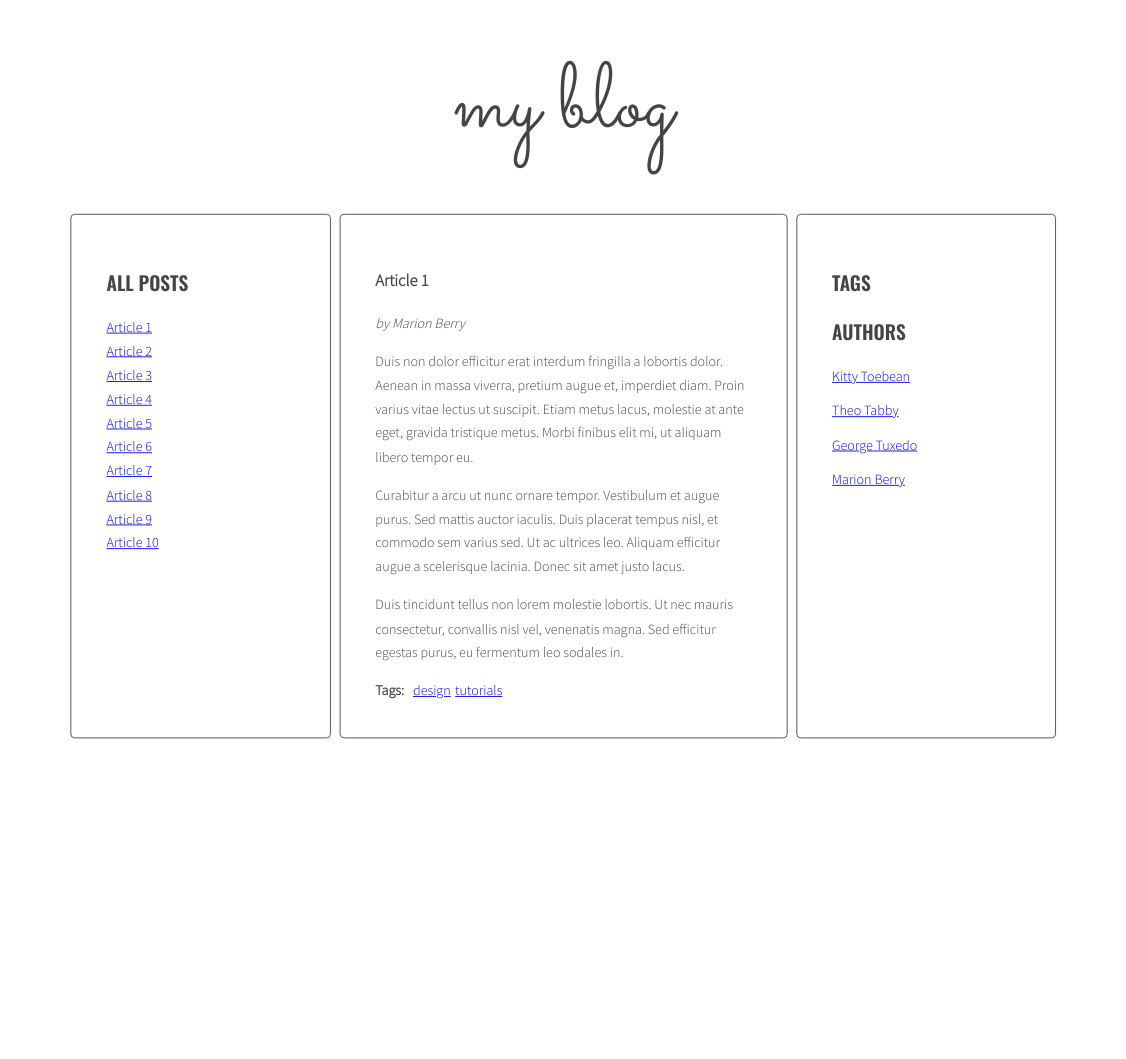
Repository: ulasup/javascript-blog
Page: index.html
These files come from the project's save history. The page is drawn as it stood at one moment and after the next save; the edit follows.
The browser window is 1280 px wide. The pictures show the whole page, at 88% of full size.
The style sheet was rebuilt from its Sass, Less or Tailwind sources for each picture, by a compiler version that may differ from the author's.

Above is the page before, as saved 2020-12-19 17:12:50.

### index.html
<!DOCTYPE html>
<html  lang="en">
    <head>
        <meta charset="UTF-8">
        <title>Film blog</title>
        <link rel="stylesheet" href="css/style.css">
    </head>
    <body>
        <div class="blog">
            <div class="container">
              <h1 class="logo">my blog</h1>
              <main class="wrapper">
                <aside class="sidebar">
                  <h2 class="section-title">All posts</h2>
                  <ul class="list titles">
                  </ul>
                </aside>
                <section class="posts">
                  <article class="post active" id="article-1" data-tags="design tutorials">
                    <h3 class="post-title">Article 1</h3>
                    <p class="post-author">by Marion Berry</p>
                    <div class="post-content">
                      <p>Duis non dolor efficitur erat interdum fringilla a lobortis dolor. Aenean in massa viverra, pretium augue et, imperdiet diam. Proin varius vitae lectus ut suscipit. Etiam metus lacus, molestie at ante eget, gravida tristique metus. Morbi finibus elit mi, ut aliquam libero tempor eu.</p>
                      <p>Curabitur a arcu ut nunc ornare tempor. Vestibulum et augue purus. Sed mattis auctor iaculis. Duis placerat tempus nisl, et commodo sem varius sed. Ut ac ultrices leo. Aliquam efficitur augue a scelerisque lacinia. Donec sit amet justo lacus.</p>
                      <p>Duis tincidunt tellus non lorem molestie lobortis. Ut nec mauris consectetur, convallis nisl vel, venenatis magna. Sed efficitur egestas purus, eu fermentum leo sodales in.</p>
                    </div>
                    <div class="post-tags">
                      <p><strong>Tags:</strong></p>
                      <ul class="list list-horizontal">
                      </ul>
                    </div>
                  </article>
                  <article class="post" id="article-2" data-tags="news code">
                    <h3 class="post-title">Article 2</h3>
                    <p class="post-author">by Theo Tabby</p>
                    <div class="post-content">
                      <p>Phasellus sollicitudin, arcu vel iaculis ullamcorper, quam leo viverra orci, et faucibus quam sapien vel est. Maecenas ac suscipit elit. Nullam interdum, lorem vitae venenatis pulvinar, ex dui malesuada nunc, tempus cursus enim metus vel nulla.</p>
                      <p>Integer hendrerit, eros id efficitur dapibus, ante arcu ullamcorper orci, a iaculis felis turpis at purus. Quisque sodales posuere sapien vel consectetur. Duis dui urna, commodo non ante nec, mattis dictum enim. Donec aliquam erat sed diam lobortis, vel gravida lacus laoreet. Phasellus pretium maximus mi, eu posuere justo suscipit vel.</p>
                      <p>Nam magna nisl, varius in malesuada vitae, facilisis vel metus. Proin rhoncus euismod leo dictum lobortis. Suspendisse non ante sapien.</p>
                    </div>
                    <div class="post-tags">
                      <p><strong>Tags:</strong></p>
                      <ul class="list list-horizontal">
                      </ul>
                    </div>
                  </article>
                  <article class="post" id="article-3" data-tags="news reviews design">
                    <h3 class="post-title">Article 3</h3>
                    <p class="post-author">by George Tuxedo</p>
                    <div class="post-content">
                      <p>Mauris vel pellentesque turpis, ac sodales nisl. Quisque iaculis mi velit, ut convallis tellus accumsan a. Quisque iaculis, nisi et dignissim tincidunt, nisl eros euismod nulla, finibus laoreet erat enim posuere elit.</p>
                      <p>Aenean at semper urna. Duis vel sapien molestie, egestas diam consequat, molestie nulla. Praesent a malesuada metus. Praesent et tempus leo.</p>
                      <p>Mauris in eleifend neque, vitae eleifend velit. Maecenas purus est, bibendum eget imperdiet id, dictum sed ante. Aenean a magna et eros sagittis aliquet.</p>
                    </div>
                    <div class="post-tags">
                      <p><strong>Tags:</strong></p>
                      <ul class="list list-horizontal">
                      </ul>
                    </div>
                  </article>
                  <article class="post" id="article-4" data-tags="tutorials code design">
                    <h3 class="post-title">Article 4</h3>
                    <p class="post-author">by Kitty Toebean</p>
                    <div class="post-content">
                      <p>Morbi vel cursus nulla, vel varius mauris. Suspendisse sed elit sit amet risus faucibus vestibulum ut sit amet purus. Donec orci est, condimentum ut quam quis, scelerisque fringilla ligula.</p>
                      <p>Quisque bibendum nisl id quam sagittis, id pretium dolor scelerisque. Suspendisse non odio nec velit dapibus placerat non a libero.</p>
                      <p>Vivamus at tristique ex, feugiat sagittis ex. Cras cursus, ipsum et efficitur commodo, urna sapien rutrum magna, quis sodales justo ligula eget nunc. In hac habitasse platea dictumst.</p>
                    </div>
                    <div class="post-tags">
                      <p><strong>Tags:</strong></p>
                      <ul class="list list-horizontal">
                      </ul>
                    </div>
                  </article>
                  <article class="post" id="article-5" data-tags="design reviews">
                    <h3 class="post-title">Article 5</h3>
                    <p class="post-author">by Marion Berry</p>
                    <div class="post-content">
                      <p>Suspendisse sem eros, euismod condimentum arcu ac, consequat fermentum orci. Nam convallis lacus nec interdum vestibulum. Vestibulum luctus, quam eu tristique ornare, lorem nibh sodales enim, vitae tempor dolor ante vitae tortor.</p>
                      <p>Duis venenatis metus quis luctus lobortis. In porttitor ipsum eget ligula aliquam ornare. Cras malesuada urna id volutpat sodales.</p>
                      <p>Donec lobortis ultricies turpis, eu viverra magna gravida quis. Fusce sit amet pretium nulla. Duis rutrum metus vel libero sodales, pellentesque varius ex pulvinar.</p>
                    </div>
                    <div class="post-tags">
                      <p><strong>Tags:</strong></p>
                      <ul class="list list-horizontal">
                      </ul>
                    </div>
                  </article>
                  <article class="post" id="article-6" data-tags="reviews code">
                    <h3 class="post-title">Article 6</h3>
                    <p class="post-author">by George Tuxedo</p>
                    <div class="post-content">
                      <p>Donec posuere iaculis ante sed hendrerit. Lorem ipsum dolor sit amet, consectetur adipiscing elit. Quisque hendrerit neque nec urna tincidunt, quis vehicula dui vulputate. Morbi est sapien, auctor ut lectus eu, placerat viverra lorem.</p>
                      <p>Cras consectetur at erat id accumsan. Suspendisse lacinia in nulla quis vulputate. Nunc vitae consectetur augue. Nam ut vehicula mi. Aliquam tristique, purus in hendrerit porta, elit lectus finibus mi, vel malesuada nisl lectus a libero.</p>
                      <p>Nam quis efficitur ante. Sed eget purus quis ex commodo porta eu sit amet dolor. Mauris tellus nisl, dictum nec est vitae, condimentum ornare ante. Fusce ornare hendrerit maximus. In maximus rhoncus justo.</p>
                    </div>
                    <div class="post-tags">
                      <p><strong>Tags:</strong></p>
                      <ul class="list list-horizontal">
                      </ul>
                    </div>
                  </article>
                  <article class="post" id="article-7" data-tags="code news">
                    <h3 class="post-title">Article 7</h3>
                    <p class="post-author">by Kitty Toebean</p>
                    <div class="post-content">
                      <p>Donec eleifend mauris ac nisl fermentum, ac fermentum turpis dignissim. Aliquam diam nisl, imperdiet a varius eget, lobortis sed nisi. Nullam suscipit ipsum sed magna blandit, sed pellentesque urna malesuada.</p>
                      <p>Duis vestibulum arcu et lectus viverra porta. Praesent tempor lacus eget quam mattis, sit amet venenatis diam ultrices. Morbi gravida sapien quis ligula tincidunt, vel sagittis erat ultrices.</p>
                      <p>Ut orci tellus, laoreet ac diam ut, tempus bibendum nisi. Nam egestas sagittis nibh. Curabitur tristique dui quis egestas pretium. Duis eu felis orci.</p>
                    </div>
                    <div class="post-tags">
                      <p><strong>Tags:</strong></p>
                      <ul class="list list-horizontal">
                      </ul>
                    </div>
                  </article>
                  <article class="post" id="article-8" data-tags="news design tutorials">
                    <h3 class="post-title">Article 8</h3>
                    <p class="post-author">by Theo Tabby</p>
                    <div class="post-content">
                      <p>Praesent quis imperdiet erat. Curabitur tempor sapien a interdum malesuada. Proin libero erat, sagittis a sollicitudin eget, pulvinar nec risus. Cras et suscipit sem.</p>
                      <p>Maecenas consequat diam nec sollicitudin congue. Aenean porttitor porttitor quam, condimentum interdum metus congue sed. Donec at nulla ipsum.</p>
                      <p>Mauris non congue dui. Aenean ac eros vitae massa vulputate aliquet ut ac elit. Morbi iaculis auctor nunc aliquet luctus. Nunc tincidunt sem dui, quis interdum leo pellentesque eget. Fusce id leo varius, imperdiet nunc vitae, tristique mi. Mauris quis interdum justo. Mauris auctor purus eu leo faucibus feugiat. Nulla at odio vitae leo semper blandit.</p>
                    </div>
                    <div class="post-tags">
                      <p><strong>Tags:</strong></p>
                      <ul class="list list-horizontal">
                      </ul>
                    </div>
                  </article>
                  <article class="post" id="article-9" data-tags="news tutorials">
                    <h3 class="post-title">Article 9</h3>
                    <p class="post-author">by Marion Berry</p>
                    <div class="post-content">
                      <p>Tam et facilisis purus. Donec vulputate est quis lobortis posuere. Nunc vitae lorem ut odio faucibus pulvinar nec in justo. Ut ut ante ac tellus ornare tempus. Nunc maximus, tortor et dictum convallis, nunc libero posuere leo, scelerisque ultrices arcu sapien ut tellus.</p>
                      <p>Fusce lacinia augue massa, non tincidunt tortor auctor quis. Vestibulum ut pretium nisl. Etiam id tellus tempus, commodo ligula vehicula, porta magna.</p>
                      <p>Donec fringilla blandit dolor vel aliquet. Fusce tortor sapien, lobortis eu vehicula sit amet, dignissim et lectus. In ullamcorper metus vel massa fermentum, at fermentum dui sollicitudin. Nullam lacinia elit vel tortor ullamcorper pulvinar.</p>
                    </div>
                    <div class="post-tags">
                      <p><strong>Tags:</strong></p>
                      <ul class="list list-horizontal">
                      </ul>
                    </div>
                  </article>
                  <article class="post" id="article-10" data-tags="code design news reviews">
                    <h3 class="post-title">Article 10</h3>
                    <p class="post-author">by George Tuxedo</p>
                    <div class="post-content">
                      <p>Aliquam erat volutpat. Ut non eleifend lectus. Donec suscipit tellus tempor, ornare dui id, hendrerit neque. Phasellus lacinia laoreet dui in luctus. Sed hendrerit, magna sit amet varius tempor, augue augue scelerisque est, non scelerisque mauris libero eu sapien.</p>
                      <p>Sed at sapien in quam sollicitudin aliquam. In interdum metus a mi porttitor luctus. Sed commodo, arcu id lacinia posuere, felis elit pharetra urna, at feugiat est orci sit amet libero. Quisque in nisl est. Nullam vehicula at lectus non luctus. Cras aliquam neque magna, at varius nisi egestas ut.</p>
                      <p>Rhoncus purus nulla, non auctor lacus placerat ut. Aliquam condimentum eget magna ac gravida. Etiam egestas faucibus urna et finibus. Cras vel tellus vel magna suscipit euismod. Maecenas id arcu ante. Duis iaculis scelerisque erat, at ullamcorper arcu consectetur eu. Fusce aliquam diam at arcu pharetra, vel fermentum nunc lobortis.</p>
                    </div>
                    <div class="post-tags">
                      <p><strong>Tags:</strong></p>
                      <ul class="list list-horizontal">
                      </ul>
                    </div>
                  </article>
                </section>
                <aside class="sidebar">
                  <h2 class="section-title">Tags</h2>
                  <ul class="list tags">
                  </ul>
                  <h2 class="section-title">Authors</h2>
                  <ul class="list authors">
                    <li>
                      <a href="#">
                        <span class="author-name">Kitty Toebean</span>
                      </a>
                    </li>
                    <li>
                      <a href="#">
                        <span class="author-name">Theo Tabby</span>
                      </a>
                    </li>
                    <li>
                      <a href="#">
                        <span class="author-name">George Tuxedo</span>
                      </a>
                    </li>
                    <li>
                      <a href="#">
                        <span class="author-name">Marion Berry</span>
                      </a>
                    </li>
                  </ul>
                </aside>
              </main>
            </div>
          </div>
    <script src="js/script.js"></script>
    </body>
</html>

### js/script.js
'use strict';

function titleClickHandler(event){
  event.preventDefault();

  const activeLinks = document.querySelectorAll('.titles a.active');
  for(let activeLink of activeLinks){
    activeLink.classList.remove('active');
  }

  const clickedElement = this;
  clickedElement.classList.add('active');

  const activeArticles = document.querySelectorAll('.post.active');
  for(let activeArticle of activeArticles){
    activeArticle.classList.remove('active');
  }

  const articleSelector = clickedElement.getAttribute('href');
  const targetArticle = document.querySelector(articleSelector);
  targetArticle.classList.add('active');
}

const optArticleSelector = '.post',
  optTitleSelector = '.post-title',
  optTitleListSelector = '.titles',
  optArticleTagsSelector = '.post-tags .list',
  optTagsListSelector = '.tags.list';

function generateTitleLinks(customSelector = ''){

  const titleList = document.querySelector(optTitleListSelector);
  titleList.innerHTML = '';

  const articles = document.querySelectorAll(optArticleSelector + customSelector);
  let html = '';
  for (let article of articles){
    const articleId = article.getAttribute('id');
    const articleTitle = article.querySelector(optTitleSelector).innerHTML;
    const linkHTML = '<li><a href="#' + articleId + '"><span>' + articleTitle + '</span></a></li>';
    html = html + linkHTML;
  }
  titleList.innerHTML = html;

  const links = document.querySelectorAll('.titles a');
  for(let link of links){
    link.addEventListener('click', titleClickHandler);
  }
}

generateTitleLinks();


function generateTags(){
  let allTags = {};
  const articles = document.querySelectorAll(optArticleSelector);
  for (let article of articles){
    const tagList = article.querySelector(optArticleTagsSelector);
    let html = '';
    const articleTags = article.getAttribute('data-tags');
    const articleTagsArray = articleTags.split(' ');
    for (let tag of articleTagsArray){
      const linkHTML = '<li><a href="#tag-' + tag + '"><span>' + tag + '</span></a></li>';
      html = html + linkHTML;
      if(!allTags.hasOwnProperty(tag)){
        allTags[tag] = 1;
      } else {
        allTags[tag]++;
      }
    }
    tagList.innerHTML = html;
  }
  const tagList = document.querySelector('.tags');
  // tagList.innerHTML = allTags.join(' ');
  console.log(allTags);
}

generateTags();

function tagClickHandler(event){
  event.preventDefault();

  const clickedElement = this;
  console.log(clickedElement);
  const href = clickedElement.getAttribute('href');
  const tag = href.replace('#tag-', '');

  const activeTags = document.querySelectorAll('a.active[href^="#tag-"]');
  for(let activeTag of activeTags){
    activeTag.classList.remove('active');
  }

  const tagLinks = document.querySelectorAll('a[href="' + href + '"]');
  for (let tagLink of tagLinks){
    tagLink.classList.add('active');
  }

  generateTitleLinks('[data-tags~="' + tag + '"]');
}

function addClickListenersToTags(){
  const links =  document.querySelectorAll(optArticleTagsSelector);
  for(let link of links){
    link.addEventListener('click', tagClickHandler);
  }
}

addClickListenersToTags();

### sass/style.scss
@import url('https://fonts.googleapis.com/css?family=Oswald:400,600|Sacramento|Source+Sans+Pro:300&subset=latin-ext');

/* Variables */

$color-light: #fff;
$color-dark: #444;

$font-logo: 'Sacramento', cursive;
$font-header: 'Oswald', sans-serif;
$font-text: 'Source Sans Pro', sans-serif;

/* Global */

*, *::before, *::after {
  box-sizing: border-box;
}

body {
  background: $color-light;
  font-family: $font-text;
  color: $color-dark;
  font-weight: 300;
  font-size: 16px;
  line-height: 1.7;
}

.container {
  max-width: 1140px;
  margin: 0 auto;
}

.section-title {
  font-size: 22px;
  text-transform: uppercase;
  font-family: $font-header;
  font-weight: 600;

  span {
    text-transform: none;
    font-weight: 400;
    color: lighten($color-dark, 20%);
  }
}

/* Layout */

.wrapper {
  display: flex;
  margin-left: 10px;
}

.sidebar {
  flex: 1 0 0;
}

.posts {
  flex: 2 0 0;
}

.sidebar, .posts {
  background: $color-light;
  margin-right: 10px;
  padding: 40px;
  border: 1px solid $color-dark;
  border-radius: 5px;
}

/* Logo */

.logo {
  font-family: $font-logo;
  font-weight: 400;
  font-size: 104px;
  line-height: 1;
  text-align: center;
}

/* Lists */

.list {
  list-style-type: none;
  margin: 0;
  padding: 0;

  .active {
    font-weight: bold;
  }
}

.list-horizontal {
  li {
    display: inline-block;
    margin-right: 5px;
  }
}

/* Authors */

.authors {
  li {
    margin-bottom: 12px;
  }
}

/* Post */

.post {
  z-index: 1;
  position: absolute;
  opacity: 0;

  &.active {
    z-index: 2;
    position: relative;
    opacity: 1;
    transition: opacity 1s;
  }
}

.post-author {
  font-style: italic;
}

.post-tags {
  display: flex;

  p {
    margin: 0 10px 0 0;
  }
}

After the next save:
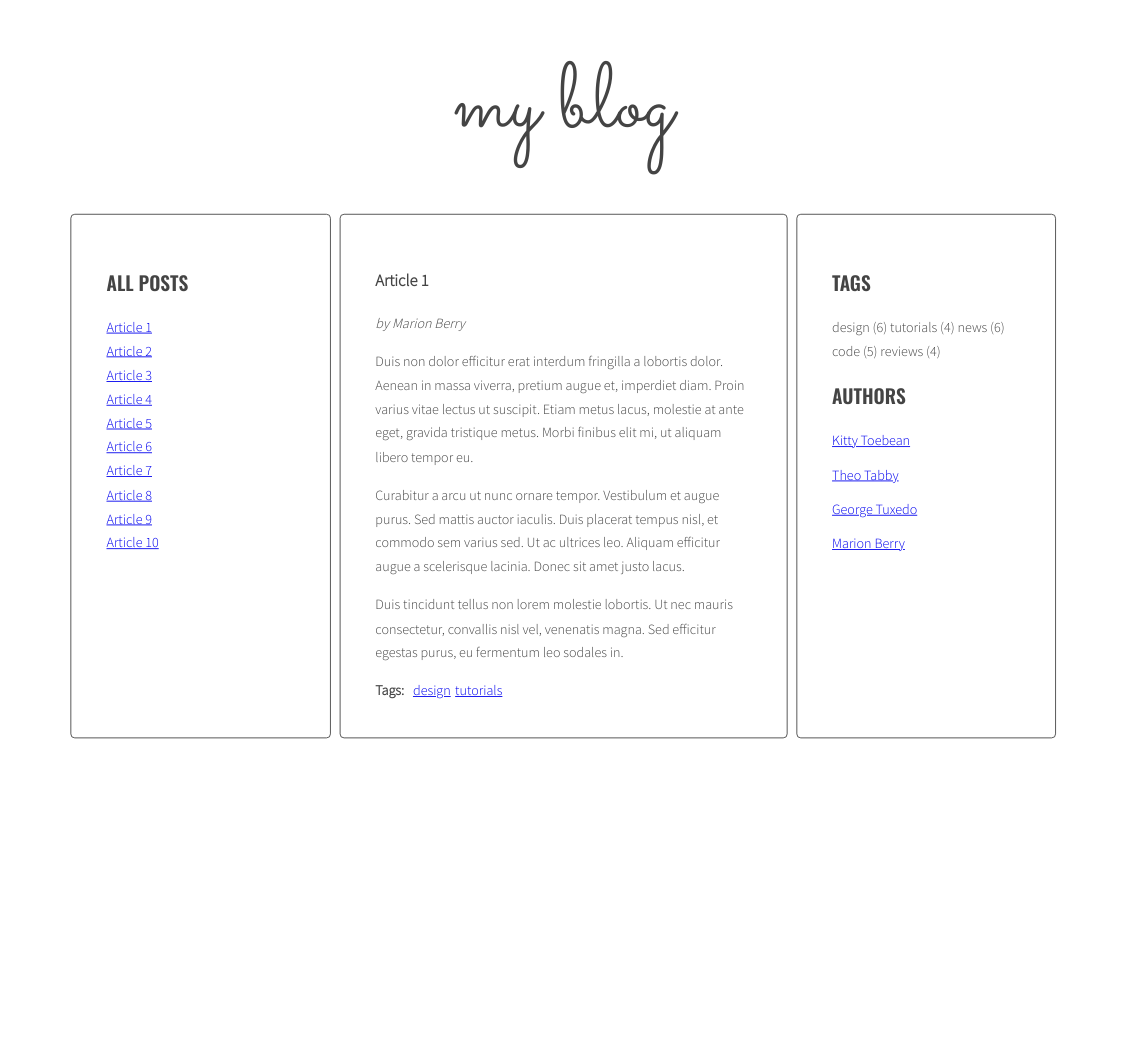
Saved 4 min 44 s later.
--- a/js/script.js
+++ b/js/script.js
@@ -71,8 +71,12 @@
     tagList.innerHTML = html;
   }
   const tagList = document.querySelector('.tags');
-  // tagList.innerHTML = allTags.join(' ');
-  console.log(allTags);
+  let allTagsHTML = '';
+  for(let tag in allTags){
+    allTagsHTML += tag + ' (' + allTags[tag] + ') ';
+  }
+  tagList.innerHTML = allTagsHTML;
+
 }
 
 generateTags();

After the save that followed:
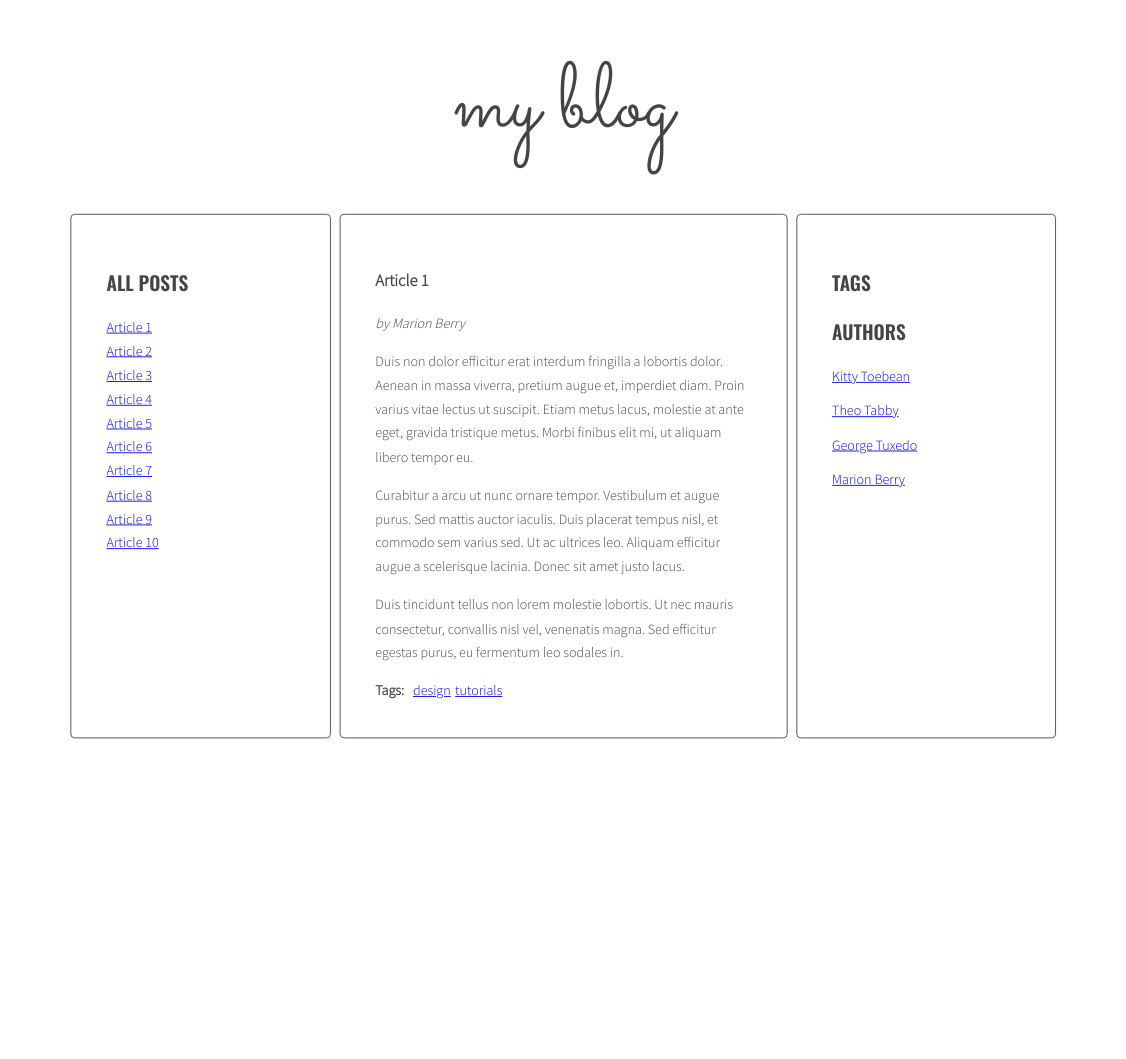
Console error: ReferenceError: calculateTagsParams is not defined
Saved 2 min 20 s later.
--- a/js/script.js
+++ b/js/script.js
@@ -71,6 +71,8 @@
     tagList.innerHTML = html;
   }
   const tagList = document.querySelector('.tags');
+  const tagsParams = calculateTagsParams(allTags);
+  console.log('tagsParams:', tagsParams);
   let allTagsHTML = '';
   for(let tag in allTags){
     allTagsHTML += tag + ' (' + allTags[tag] + ') ';
